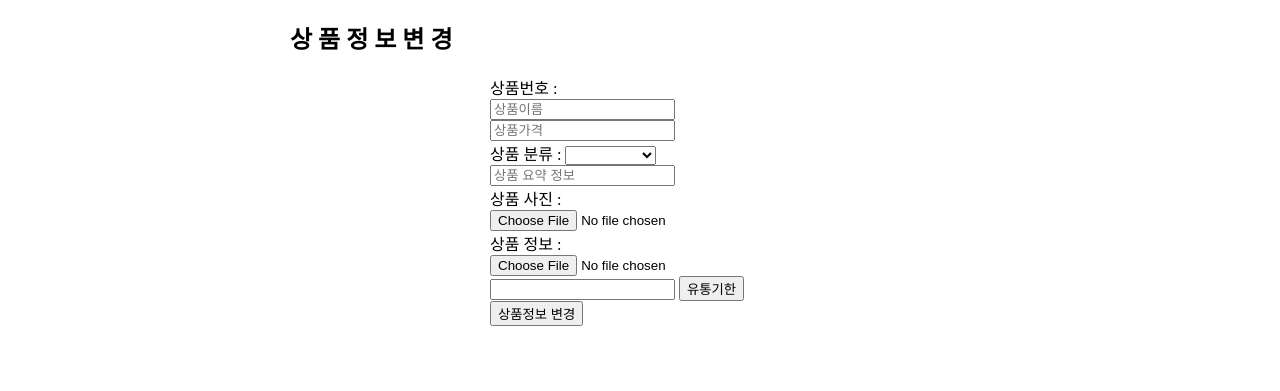
Repository: fellownew/project_workspace
Page: http://localhost/shoppingmall/WEB-INF/view/body/product/product_modify_form.jsp
These files come from the project's save history. The page is drawn as it stood at one moment and after the next save; the edit follows.
The browser window is 1280 px wide. The pictures show the whole page.
The page is served by Tomcat 9. Nobody is signed in. Other server files are loaded and not shown. The template is opened directly, without the code that normally fills it, so the values that code supplies are empty.

Above is the page before, as saved 2015-06-15 01:14:26.

### shoppingmall/WebContent/WEB-INF/view/body/product/product_modify_form.jsp
<%@ page contentType="text/html;charset=UTF-8"%>
<!DOCTYPE html>
<script type="text/javascript" src="${initParam.rootPath }/script/jquery.js"></script>
<script type="text/javascript" src="${initParam.rootPath }/script/date_picker.js"></script>
<script type="text/javascript">
var flag = true;
	$(document).ready(function(){
		$("#modifyBtn").on("click",function(){
			if($("#productId").val()==''  ||
					$("#productPrice").val()==''  ||
					$("#productInfo").val()==''  ||
					$("#expDate").val()=='' ){
					alert("입력정보를 확인하세요");
					return false;
				}
			if(!flag){
				alert("이미지 파일을 확인해주세요");
				return false;
			}
		});

		$("#upfile").on("change",function(){
			var path = $(this).val() ;
			var leng = path.length;
			var txt = path.substr(leng-3,3).toLowerCase() ;
			flag = true;
			if(txt != "jpg" && txt != "peg" && txt != "png" && txt != "gif" && txt != "bmp"){
				alert("jpg, jpeg, png, gif 파일만 등록 가능합니다.");
				flag = false;
			}
		});

		$("#infoUpfile").on("change",function(){
			var path = $(this).val();
			var leng = path.length;
			var txt = path.substr(leng-3,3).toLoserCase();
			flag = true;
			if((txt != "jpg") && (txt != "peg") && (txt != "png") && (txt != "gif") && (txt != "bmp")){
				alert("jpg, jpeg, png, gif 파일만 등록 가능합니다.");
				flag = false;
			}
		});

		$("#default").text(($("#"+$("#default").attr("value")).text()));

	});

</script>
<style>
#modify_form{
width:300px;
margin:0 auto;
text-align: left
}
#modify_form input[type="text"], #modify_form input[type="number"]{
	width: 220;
}
</style>

<div style="width: 700px;margin:0 auto">
<h2> 상 품 정 보 변 경 </h2>
	<div id="modify_form">
	상품번호 : ${requestScope.product.productId }
	<form action="${initParam.rootPath}/auth/modifyProduct.do" method="POST" enctype="multipart/form-data">
		<input type="text" id="productName" name="productName" placeholder="상품이름" value="${requestScope.product.productName }" required="required"/><br>
		<input type="number" id="productPrice" name="productPrice" placeholder="상품가격" value="${requestScope.product.productPrice }" required="required"/><br>
		상품 분류 :
		<select name="category" id="category">
			<option id="default" value="${requestScope.product.category }" selected="selected" disabled="disabled"></option>
			<option id="food" value="food">농/수/축산물</option>
			<option id ="fruit" value="fruit">과일/채소</option>
			<option id ="health" value="health">건강식품</option>
			<option id ="snack" value="snack">간식</option>
		</select><br>
		<input type="text" id="productInfo" name="productInfo" placeholder="상품 요약 정보" required="required" value="${requestScope.product.productInfo }"><br>
		상품 사진 : <input type="file" id="upfile" name="upfile"/><br>
		상품 정보 : <input type="file" id="infoUpfile" name="infoUpfile"/><br>
		<input type="text" id="expDate" name="expDate" required="required" value="${requestScope.product.expDate }">
		<input type="button" value="유통기한" onClick="datePicker(event,'expDate')"><br>
		<input type="hidden" name="productId" value="${requestScope.product.productId }"/>
		<input type="hidden" name="SellerId" value="${sessionScope.loginInfo.sellerId }"/>
		<input type="submit" id="modifyBtn" value="상품정보 변경">
	</form>
	</div>
</div>

### shoppingmall/WebContent/script/date_picker.js
// Calendar Script
// Licence : GPL (http://www.gnu.org/licenses/licenses.html#GPL)
// Update & Download  : http://www.ziwoo.net/zb/view.php?boardid=zb_ziwoo_javascript&uid=129
// This page was last modified on 2011.12.15 (Since 2010.04.11)

//ex1 : datePicker(event, 'targetFieldName');
//ex2 : datePicker(event, 'targetFieldName', 2);
//세번째 인자는 날짜를 입력할 타겟의 필드명이 복수인 경우를 위한 배열키.(기본값:0)

function datePicker(e, elm) {
	currentElement = (arguments[2])?document.getElementsByName(elm)[arguments[2]]:document.getElementsByName(elm)[0];
	var event = e || window.event;

	if(document.getElementById('currentDiv')) {
		document.getElementById("currentDiv").parentNode.removeChild(document.getElementById("currentDiv"));
	}

	if(arguments[0]){
		var eventX = event.clientX;
		var eventY = event.clientY;
		if(eventX>document.body.offsetWidth-182-40) eventX = document.body.offsetWidth-182-40;
		if(eventY>document.body.offsetHeight-158-40) eventY = document.body.offsetHeight-158-40;
		var calDivObj = document.createElement("div");
		calDivObj.setAttribute("id","currentDiv");
		calDivObj.style.width = '182px';
		calDivObj.style.height = '158px';
		calDivObj.style.border = "1px solid #D0D0D0";
		calDivObj.style.position = "absolute";
		calDivObj.style.top = eventY+document.body.scrollTop+10+'px';
		calDivObj.style.left = eventX+10+'px';
		calDivObj.style.zIndex = 100000;
		document.body.appendChild(calDivObj);
		fBuildHtml();
	}
}

function fBuildHtml() {
	var currentDate = new Date();
	var igYear = currentDate.getFullYear();
	var igMonth = currentDate.getMonth() + 1;
	var gMonths = new Array("1","2","3","4","5","6","7","8","9","10","11","12");
	var calHtml = "<table border='0' bgcolor='#C0C0C0'>";
	calHtml += "<tr style='font-size:9pt'>";
	calHtml += "<td valign='middle' align='center'>";
	calHtml += "<input type='button' name='PrevMonth' value='<' style='height:20px; width:20px; font:9pt Fixedsys;' onClick='fPrevMonth()'>";
	calHtml += " <select name='tbSelYear' style='font-size:9pt' onChange='fUpdateCal(tbSelYear.value, tbSelMonth.value)'>";
	for(i=1970;i<2030;i++) calHtml += "<OPTION value='"+i+"'>"+i+"</OPTION>";
	calHtml += "</select>";
	calHtml += " <select name='tbSelMonth' style='font-size:9pt' onChange='fUpdateCal(tbSelYear.value, tbSelMonth.value)'>";
	for (i=0; i<12; i++) calHtml += "<option value='"+(i+1)+"'>"+gMonths[i]+"</option>";
	calHtml += "</select>";
	calHtml += " <input type='button' name='PrevMonth' value='>' style='height:20px; width:20px; font:9pt Fixedsys;' onclick='fNextMonth()'>";
	calHtml += "</td>";
	calHtml += "</tr><tr>";
	calHtml += "<td align='center'>";
	calHtml += "<DIV><table width='100%' border='0' cellspacing='1' cellpadding='2'>";
	calHtml += fDrawCal(igYear,igMonth);
	calHtml += "</table></DIV>";
	calHtml += "</td>";
	calHtml += "</tr>";
	calHtml += "</td></tr>";
	calHtml += "</table>";

	document.getElementById('currentDiv').innerHTML = calHtml;
	fSetYearMon(igYear,igMonth);
}

function fDrawCal(iYear, iMonth) {
	var WeekDay = new Array("Sun","Mon","Tue","Wed","Thu","Fri","Sat");
	var calHtml = "<tr>";
	for(i=0; i<7; i++) calHtml += "<td bgcolor='White' width='20' valign='middle' align='center' style='font:bold 10px Tahoma; color:#C0C0C0;'>" + WeekDay[i] + "</td>";
	calHtml += "</tr>";
	var i = 0;
	for (w = 1; w < 7; w++) {
		calHtml += "<tr>";
		for (d = 0; d < 7; d++) {
			if(w==6 && d==6){
				calHtml += "<td bgcolor='#C0C0C0' width='20' valign='middle' align='center' style='padding:1px 0 0 3px; cursor:pointer;' onClick='datePicker()'>";
				calHtml += "<font color='White' face='Tahoma'>X</font>";
				calHtml += "</td>";
			}else{
				calHtml += "<td bgcolor='White' width='20' valign='middle' align='center' style='font:bold 10px Tahoma; cursor:pointer;' onMouseOver=\"this.bgColor='Pink'\" onMouseOut=\"this.bgColor='White'\" onClick='fSetSelected(this)'>";
				calHtml += "<font id='cellText_"+i+"'></font>";
				calHtml += "</td>";
			}
			i++;
		}
		calHtml += "</tr>";
	}
	return calHtml;
}

function fSetYearMon(iYear, iMon){
	var tbSelYear = document.getElementsByName('tbSelYear')[0];
	var tbSelMonth = document.getElementsByName('tbSelMonth')[0];
	tbSelMonth.options[iMon-1].selected = true;
	for (i = 0; i < tbSelYear.length; i++) if (tbSelYear.options[i].value == iYear) tbSelYear.options[i].selected = true;
	fUpdateCal(iYear, iMon);
}

function fPrevMonth(){
	var iMon = document.getElementsByName('tbSelMonth')[0].value;
	var iYear = document.getElementsByName('tbSelYear')[0].value;
	if (--iMon<1) {
		iMon = 12;
		iYear--;
	}
	fSetYearMon(iYear, iMon);
}

function fNextMonth(){
	var iMon = document.getElementsByName('tbSelMonth')[0].value;
	var iYear = document.getElementsByName('tbSelYear')[0].value;
	if (++iMon>12) {
		iMon = 1;
		iYear++;
	}
	fSetYearMon(iYear, iMon);
}

function fUpdateCal(iYear, iMonth) {
	myMonth = fBuildCal(iYear, iMonth);
	var currentDate = new Date();
	var igYear = currentDate.getFullYear();
	var igMonth = currentDate.getMonth() + 1;
	var igDate = currentDate.getDate();
	var i = 0;
	for (w = 0; w < 6; w++) for (d = 0; d < 7; d++) if(w!=5 || d!=6) {
		with (document.getElementById('cellText_'+parseInt((7*w)+d))) {
			if (myMonth[w+1][d]<0) {
				color = "#808080";
				innerHTML = -myMonth[w+1][d];
			}else{
				if(d==0) color = "red";
				else if(d==6) color = "blue";
				else color = "black";
				innerHTML = myMonth[w+1][d];
				if(iYear==igYear && iMonth==igMonth && innerHTML==igDate){
					parentNode.style.backgroundColor='#D8FF00';
				}else{
					parentNode.style.backgroundColor='';
				}
			}
		}
	}
}

function fBuildCal(iYear, iMonth) {
	var aMonth=new Array();
	for(i=1;i<7;i++) aMonth[i]=new Array(i);
	var dCalDate=new Date(iYear, iMonth-1, 1);
	var iDayOfFirst=dCalDate.getDay();
	var iDaysInMonth=new Date(iYear, iMonth, 0).getDate();
	var iOffsetLast=new Date(iYear, iMonth-1, 0).getDate()-iDayOfFirst+1;
	var iDate = 1;
	var iNext = 1;
	for (d = 0; d < 7; d++) aMonth[1][d] = (d<iDayOfFirst)?-(iOffsetLast+d):iDate++;
	for (w = 2; w < 7; w++) for (d = 0; d < 7; d++) if(w!=6 || d!=6) aMonth[w][d] = (iDate<=iDaysInMonth)?iDate++:-(iNext++);
	return aMonth;
}

function fSetSelected(aCell){
	var tbSelYear = document.getElementsByName('tbSelYear')[0];
	var tbSelMonth = document.getElementsByName('tbSelMonth')[0];
	var iOffset = 0;
	var iYear = parseInt(tbSelYear.value);
	var iMonth = parseInt(tbSelMonth.value);
	with (aCell.firstChild){
		var iDay = parseInt(innerHTML);
		if(aCell.parentNode.rowIndex<2 && iDay>15) iMonth--;
		if(aCell.parentNode.rowIndex>4 && iDay<15) iMonth++;
		if (iMonth<1) {
			iYear--;
			iMonth = 12;
		}else if (iMonth>12){
			iYear++;
			iMonth = 1;
		}
	}
	currentElement.value = iYear+"-"+(parseInt(iMonth+100).toString().substring(1,3))+"-"+(parseInt(iDay+100)).toString().substring(1,3);
	document.getElementById("currentDiv").parentNode.removeChild(document.getElementById("currentDiv"));
}

Loaded but not shown: shoppingmall/WebContent/script/jquery.js (library)

After the next save:
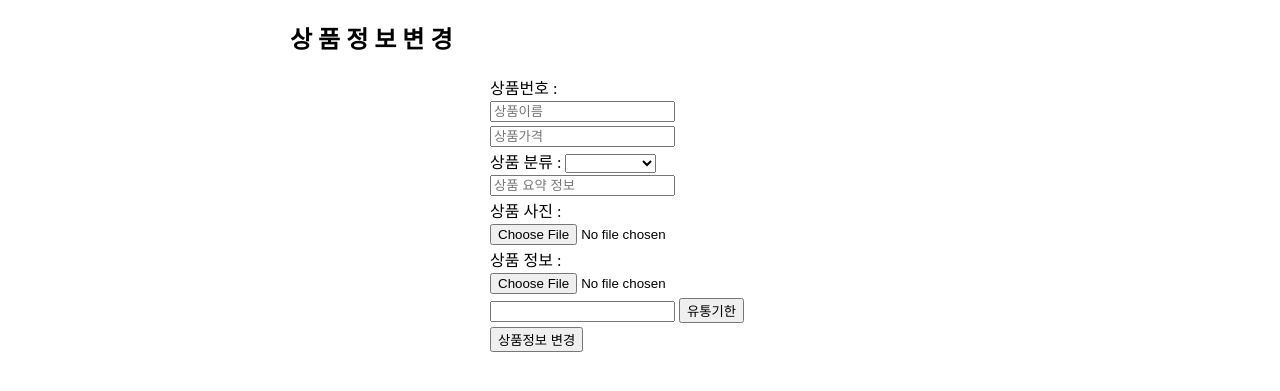
Saved 21 s later.
--- a/shoppingmall/WebContent/WEB-INF/view/body/product/product_modify_form.jsp
+++ b/shoppingmall/WebContent/WEB-INF/view/body/product/product_modify_form.jsp
@@ -52,6 +52,10 @@ width:300px;
 margin:0 auto;
 text-align: left
 }
+#modify_form input{
+	margin-top: 2px;
+	margin-bottom: 2px;
+}
 #modify_form input[type="text"], #modify_form input[type="number"]{
 	width: 220;
 }
